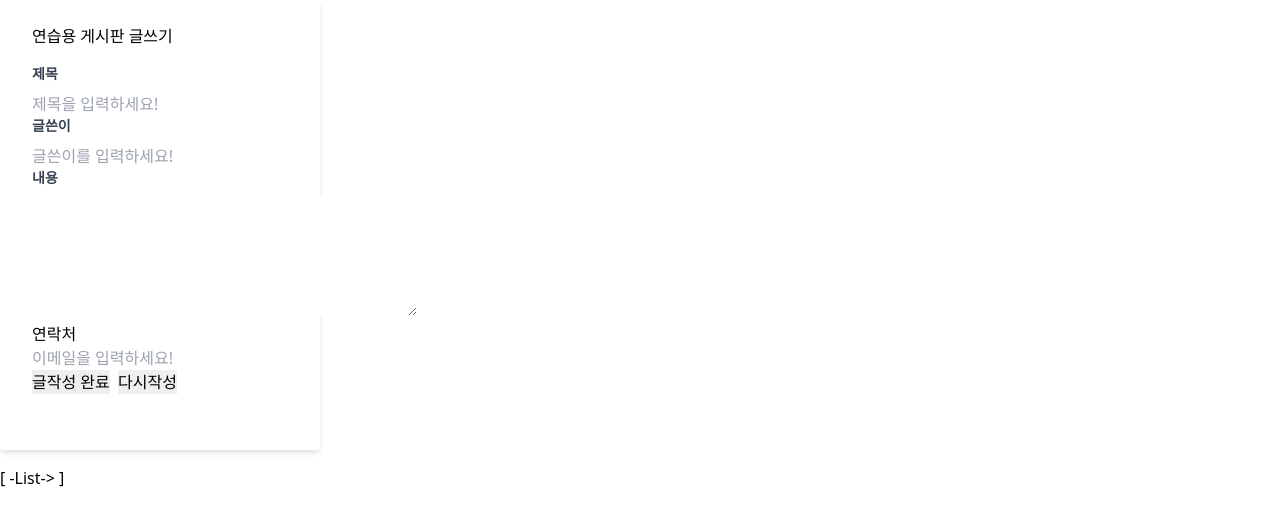
Repository: k0603156/JAVA
Page: http://localhost/StartBoard/test.do?myName=Kimyongkuk
The author's editor kept a copy of each file at every save. The page is drawn from the files as they stood at one save, then again after the next save.
The browser window is 1280 px wide. The pictures show the whole page.
The page is served by Tomcat 9.

Above is the page before, as saved 2020-03-12 08:02:08.

After the next save:
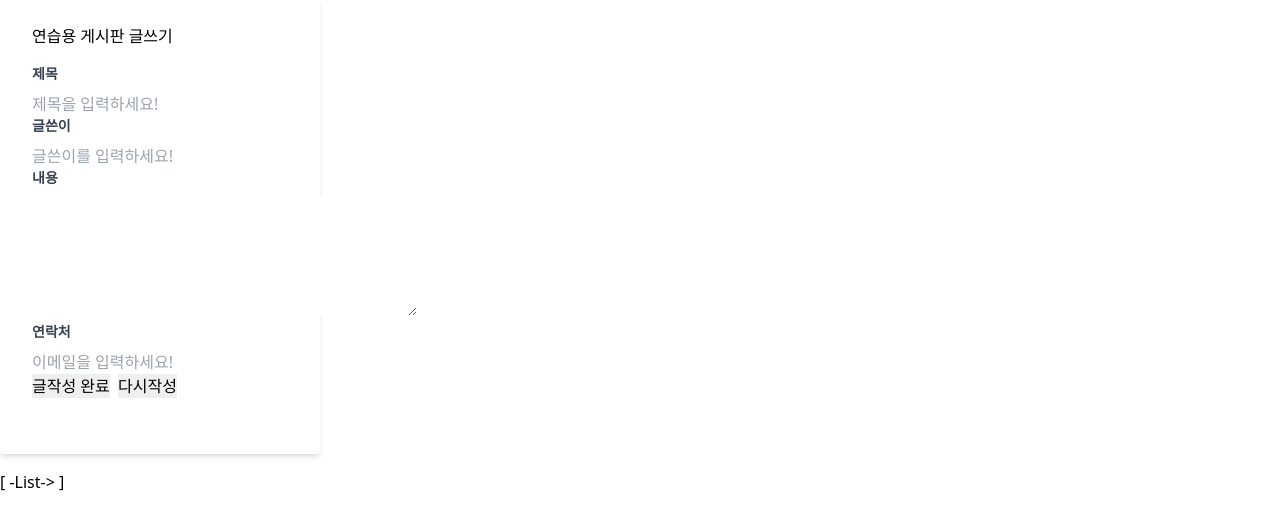
Saved 22 s later.
--- a/SERVLET/workspace/StartBoard/WebContent/index.jsp
+++ b/SERVLET/workspace/StartBoard/WebContent/index.jsp
@@ -28,7 +28,7 @@
 			<textarea cols="40" rows="5" name="content"></textarea>
 		</tr>
 		<tr>
-			<td>연락처</td>
+			<label class="block text-gray-700 text-sm font-bold mb-2" for="email">연락처</label>
 			<td><input type="email" placeholder="이메일을 입력하세요!" name="email"></td>
 		</tr>
 		<tr>
